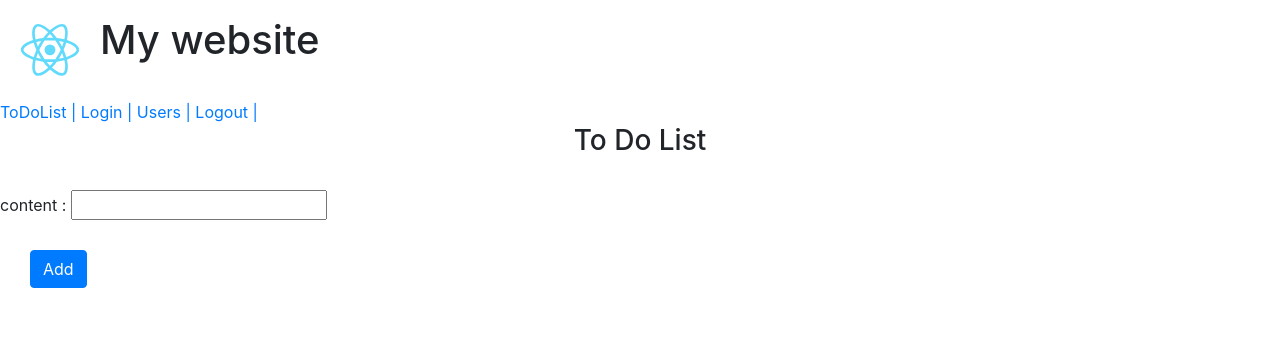
Repository: Marwa-Medhat/ReactJS-Labs
Page: /todolist (app in myapp/), after clicking the first element matching `button.btn`
These files come from the project's save history. The page is drawn as it stood at one moment and after the next save; the edit follows.
The browser window is 1280 px wide. The pictures show the whole page.
The project was rebuilt for these pictures with package versions that can differ from the ones it lists, and the page was loaded fresh each time.

Above is the page before, as saved 2021-04-30 00:56:12.

After the next save:
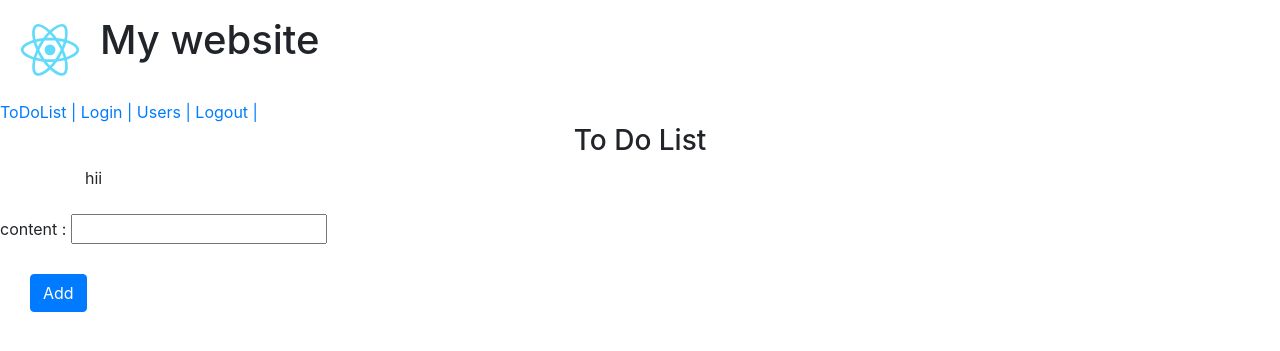
Saved 72 s later.
--- a/myapp/src/todo.js
+++ b/myapp/src/todo.js
@@ -266,6 +266,7 @@
         let btn_class = this.props.mark ? "blackButton" : "whiteButton";
 
         return <div class="list-group ">
+        <div>hii</div>
             {this.props.contents.length > 0 ?this.props.contents.map((item,index)=>{
                 <div style={{display: 'inline-block'}}>
                     {/* <DisplayTask  content={item} key={item.content} mark={this.props.mark} markContent={this.props.markContent} deleteContent={this.props.deleteContent} />   */}
@@ -274,7 +275,8 @@
      </a>
     </div>
                     <button  onClick={()=>{this.props.markContent(index)}} className="btn btn-success " style={{ marginLeft: 400,marginRight: 10 ,paddingRight:10}}><i className="fa fa-check "></i></button>
-                   <button onClick={()=>{this.props.deleteContent(index)}}  className="btn btn-danger" ><i className="fa fa-times btn-danger" ></i></button></div>
+                   <button onClick={()=>{this.props.deleteContent(index)}}  className="btn btn-danger" ><i className="fa fa-times btn-danger" ></i></button>
+    </div>
             }):"Empty"}
         </div>
     }

After the save that followed:
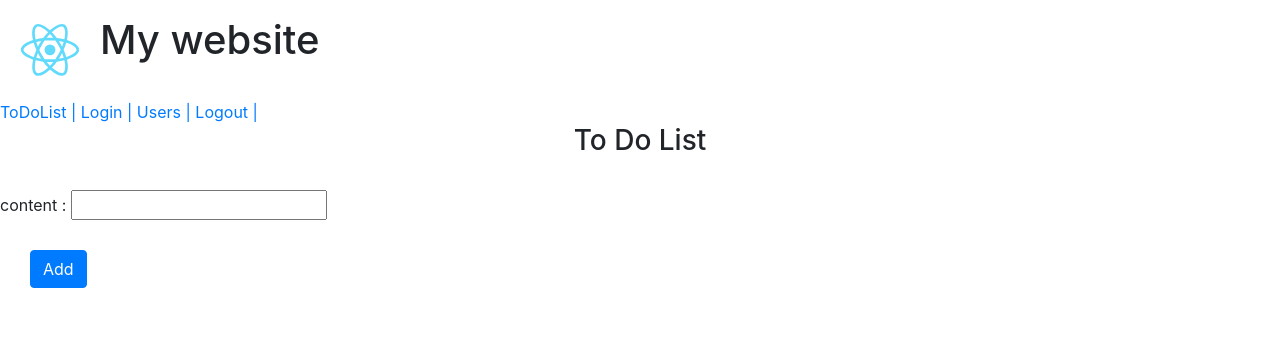
Saved 7 min 30 s later.
--- a/myapp/src/todo.js
+++ b/myapp/src/todo.js
@@ -264,17 +264,19 @@
 
     render(){
         let btn_class = this.props.mark ? "blackButton" : "whiteButton";
-
+      console.log(this.props.contents)
         return <div class="list-group ">
-        <div>hii</div>
+
             {this.props.contents.length > 0 ?this.props.contents.map((item,index)=>{
                 <div style={{display: 'inline-block'}}>
+
+
                     {/* <DisplayTask  content={item} key={item.content} mark={this.props.mark} markContent={this.props.markContent} deleteContent={this.props.deleteContent} />   */}
                     <div  className={" list-group-item list-group-item-action "+btn_class} style={{display: 'inline-block'}} >
       <a style={{width:600 ,fontWeight:'bolder',marginRight:50,}}>{item}
      </a>
     </div>
-                    <button  onClick={()=>{this.props.markContent(index)}} className="btn btn-success " style={{ marginLeft: 400,marginRight: 10 ,paddingRight:10}}><i className="fa fa-check "></i></button>
+            <button  onClick={()=>{this.props.markContent(index)}} className="btn btn-success " style={{ marginLeft: 400,marginRight: 10 ,paddingRight:10}}><i className="fa fa-check "></i></button>
                    <button onClick={()=>{this.props.deleteContent(index)}}  className="btn btn-danger" ><i className="fa fa-times btn-danger" ></i></button>
     </div>
             }):"Empty"}
